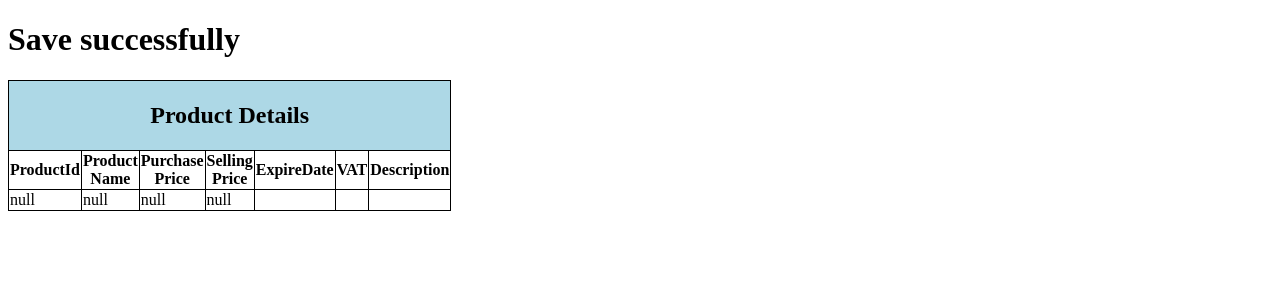
Repository: FatCat0712/JSP
Page: http://localhost/bai_22/success.jsp
An editor plug-in stored every save of this project. The page is shown before and after the next save, followed by the edit.
The browser window is 1280 px wide. The pictures show the whole page.
The page is served by Tomcat 9. Other server files are loaded and not shown. The template is opened directly, without the code that normally fills it, so the values that code supplies are empty.

Above is the page before, as saved 2024-04-24 00:44:47.

### bai_22/src/main/webapp/success.jsp
<%@ page language="java" contentType="text/html; charset=UTF-8"
    pageEncoding="UTF-8"%>
<!DOCTYPE html>
<html>
<head>
<meta charset="UTF-8">
<title>Success</title>
<style>
	table {
		border: 1px solid black;
		border-collapse: collapse;
		width: 200px;
	}
	th,td{
		border: 1px solid black;
	}
</style>
</head>
<body>

	<%
		String value_productId = request.getAttribute("value_productId")+"";
		String value_productName = request.getAttribute("value_productName")+"";
		String value_sellingPrice = request.getAttribute("value_sellingPrice")+"";
		String value_purchasePrice = request.getAttribute("value_purchasePrice")+"";
		String value_expireDate = request.getAttribute("value_expireDate")+"";
		String value_vat = request.getAttribute("value_vat")+"";
		String value_description = request.getAttribute("value_description")+"";
	 %>


	<h1>Save successfully</h1>
	<table>
		<tr>
			<td colspan="7" style="text-align: center; background-color: lightblue"><h2>Product Details</h2></td>
		</tr>

		<tr>
			<th>ProductId</th>
			<th>Product Name</th>
			<th>Purchase Price</th>
			<th>Selling Price</th>
			<th>ExpireDate</th>
			<th>VAT</th>
			<th>Description</th>
		</tr>

		<tr>
			<td>
				<%=value_productId %>
			</td>

			<td>
				<%=value_productName %>
			</td>

			<td>
				<%=value_purchasePrice %>
			</td>


			<td>
				<%=value_sellingPrice %>
			</td>

			<td>
				<%=value_expireDate.equals("null")?"":value_expireDate %>
			</td>

			<td>
				<%=value_vat.equals("null")?"":value_vat %>
			</td>

			<td>
				<%=value_description.equals("null")?"":value_description %>
			</td>




		</tr>
	</table>
</body>
</html>

After the next save:
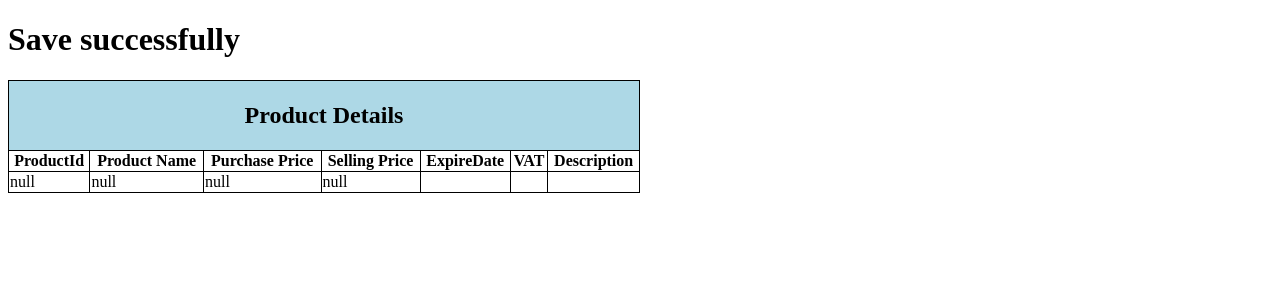
Saved 22 s later.
--- a/bai_22/src/main/webapp/success.jsp
+++ b/bai_22/src/main/webapp/success.jsp
@@ -9,7 +9,7 @@
 	table {
 		border: 1px solid black;
 		border-collapse: collapse;
-		width: 200px;
+		width: 50%;
 	}
 	th,td{
 		border: 1px solid black;
